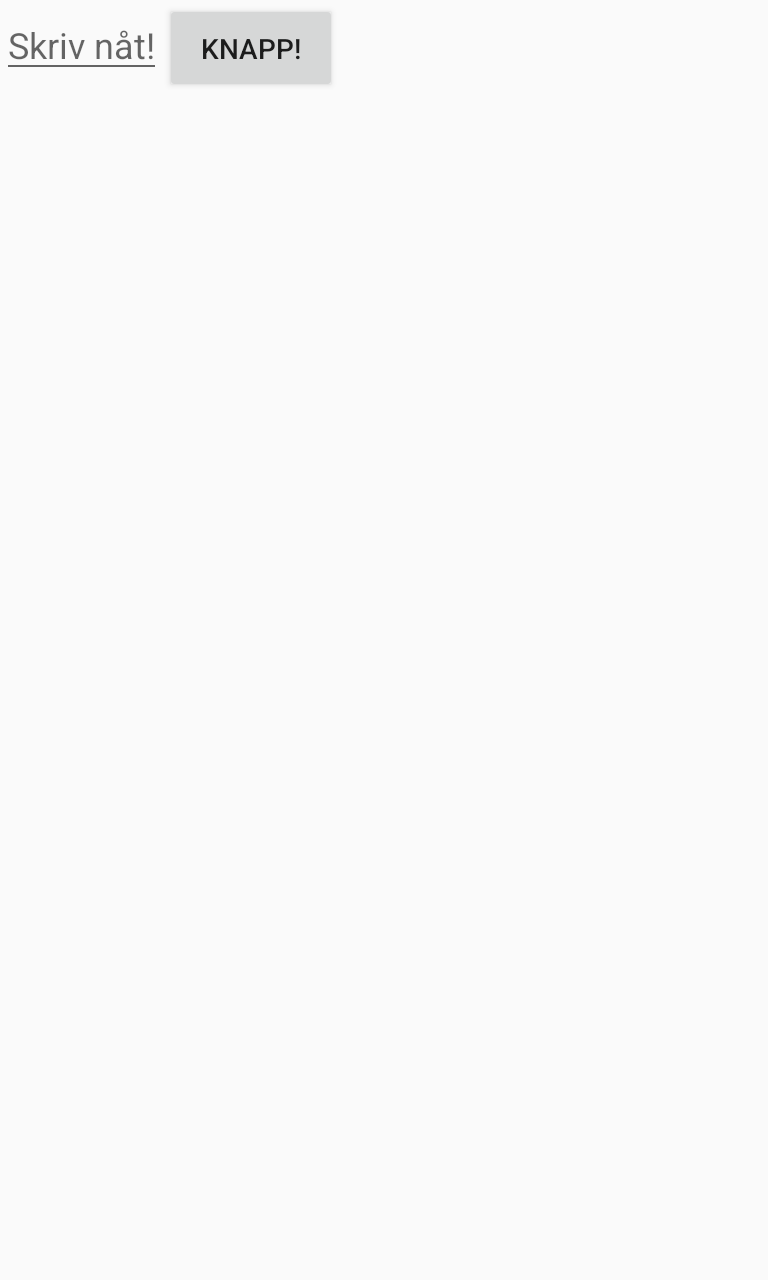
Repository: wisingd/Dajoroli
Layout: Workspace/SplitIt/res/layout/fragment_main.xml
An editor plug-in stored every save of this project. The layout is shown before and after the next save, followed by the edit.
It is drawn on a 768 x 1280 px phone screen (xhdpi) without system bars, with theme AppTheme; the app's code is not run.

Above is the layout before, as saved 2014-04-25 08:02:51.

After the next save:
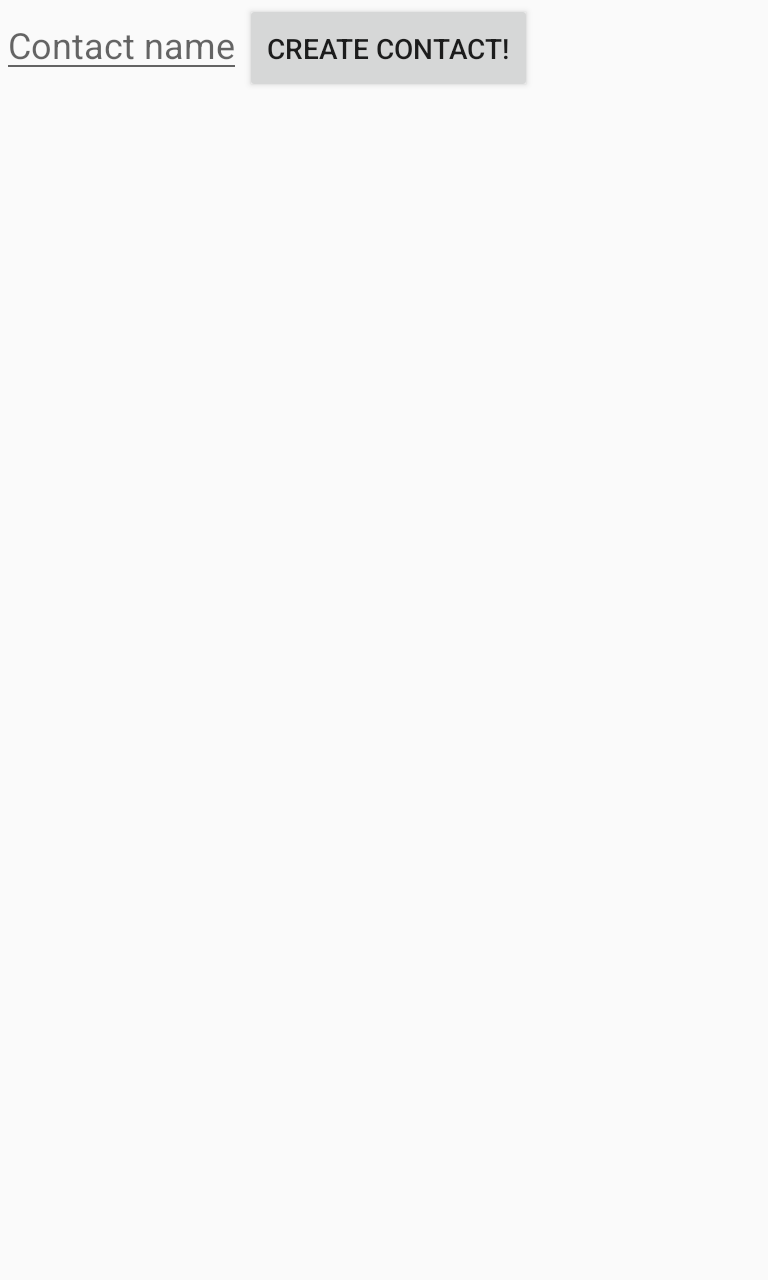
Saved 2 min 32 s later.
--- a/Workspace/SplitIt/res/values/strings.xml
+++ b/Workspace/SplitIt/res/values/strings.xml
@@ -2,11 +2,10 @@
 <resources>
 
     <string name="app_name">Split It</string>
-    <string name="hello_world">Hello world!</string>
     <string name="action_settings">Settings</string>
-    <string name="edit_message">Skriv nåt!</string>
-    <string name="button_send">Knapp!</string>
-    <string name="title_activity_display_message">Den nya aktiviteten!</string>
+    <string name="edit_message">Contact name</string>
+    <string name="button_send">Create contact!</string>
+    <string name="title_activity_display_message">New Activity</string>
 
 
 </resources>
